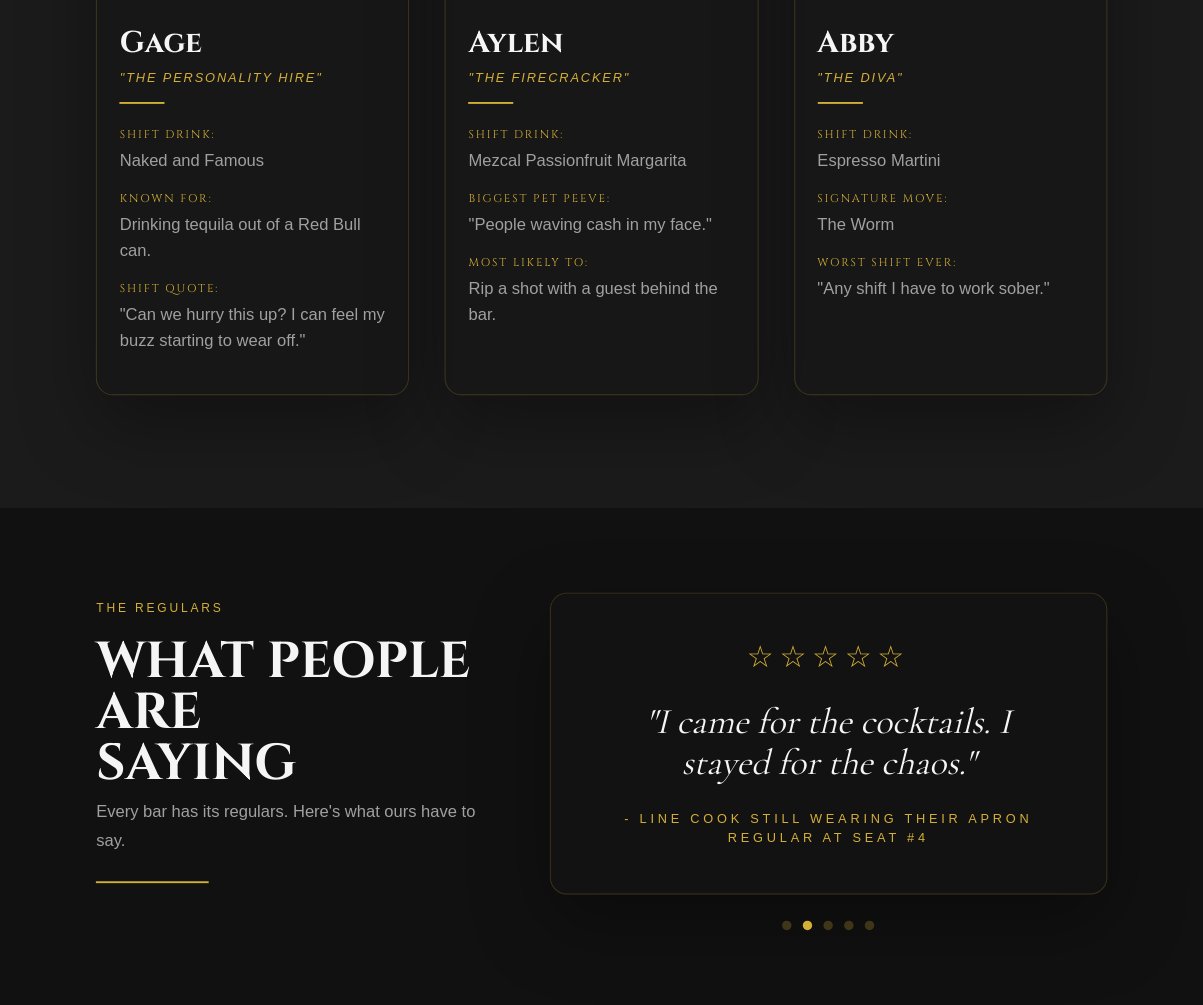
Repository: Gage-Codes/BarRot
Page: css/index.html
The author's editor kept a copy of each file at every save. The page is drawn from the files as they stood at one save, then again after the next save.
The browser window is 1280 px wide. The pictures show the part of the page from y = 4042 to 5111 px (the page is 6085 px tall), at 94% of full size.
Pictures or frames that could not be fetched are drawn as grey boxes.

Above is the page before, as saved 2026-07-05 23:49:04.

After the next save:
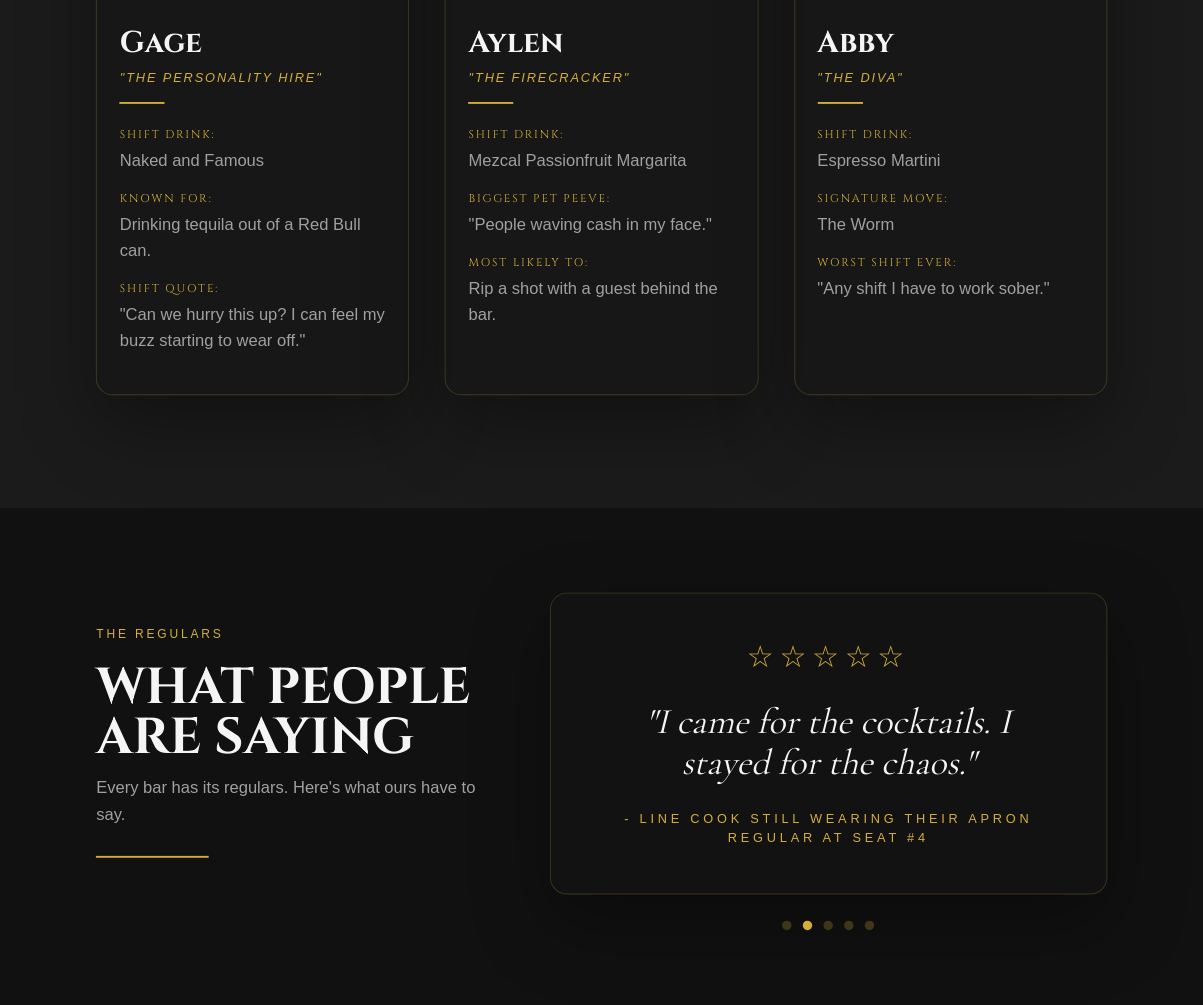
Saved 30 s later.
--- a/css/index.html
+++ b/css/index.html
@@ -295,8 +295,7 @@
                     The Regulars
                 </div>
                 <h2 class="reviews-title">
-                    What People Are
-                    <br>Saying
+                    What People Are Saying
                 </h2>
                 <p class="reviews-subtitle">
                     Every bar has its regulars. Here's what ours have to say.
